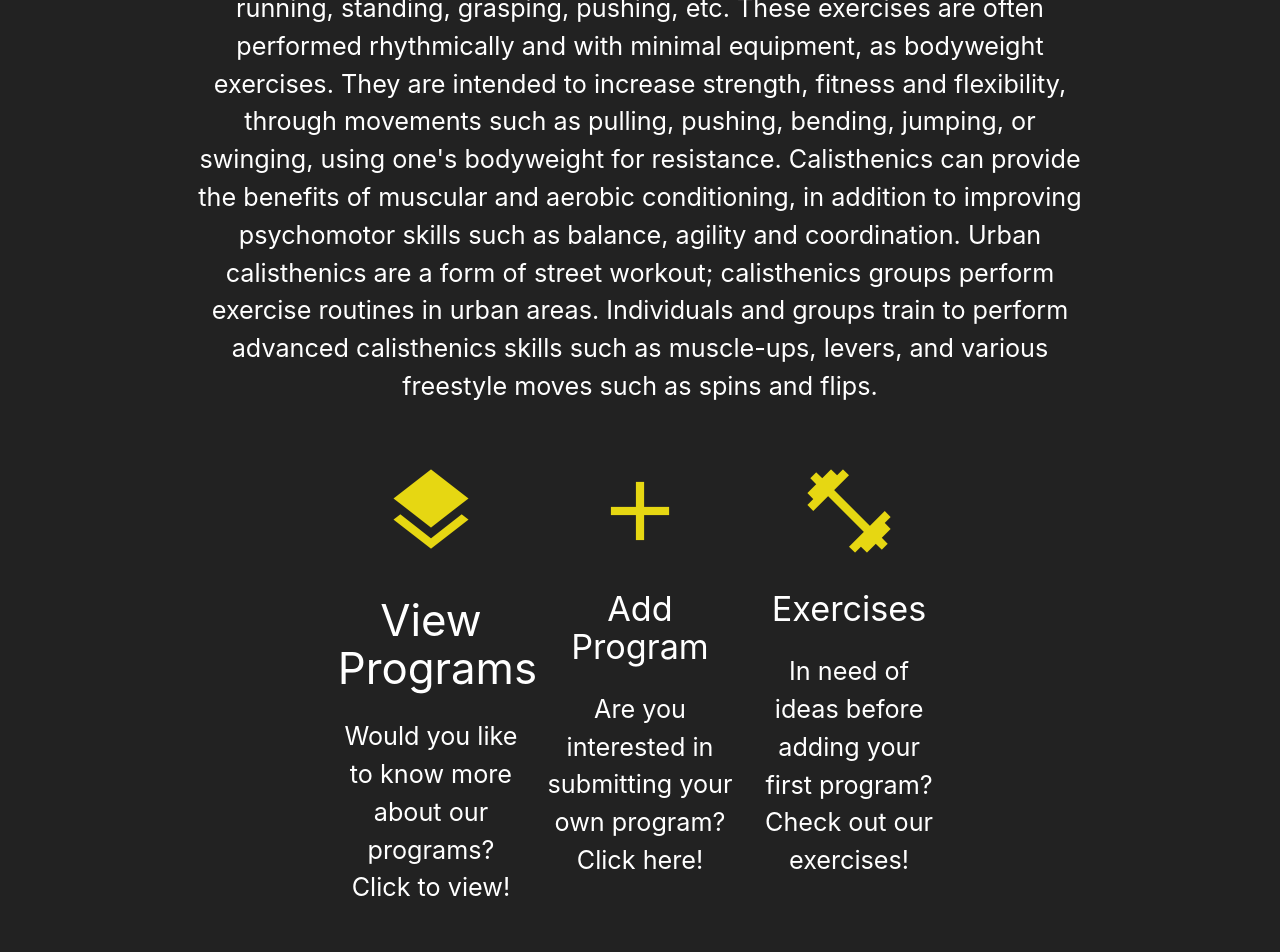
Repository: Ario124/calisthenics-project
Page: http://localhost/
The author's editor kept a record of every edit. The page is drawn from the files as they stood at one moment, then again after the next edit.
The browser window is 1280 px wide. The pictures show the part of the page from y = 1006 to 1958 px (the page is 1958 px tall before and 1931 px after).
The page is served by the project's application, run on Flask 3 (app.py).

Above is the page before.

### templates/index.html
{% extends 'base.html' %}
{% block content %}

     <div class="video-container">
        <iframe src="///www.youtube.com/embed/FHBtLAvNGo4?start=14&end=103&controls=0&showinfo=0&rel=0&autoplay=1&loop=1&playlist=FHBtLAvNGo4&mute=1" frameborder="0" allowfullscreen></iframe>
      </div>


                <div class="container">
                    <div class="col s12 center">
                        <h1 class="center">What is Calisthenics?</h1>

                        <p class="flow-text">
                            Calisthenics is a form of exercise consisting of a variety of movements which exercise large muscle groups
                            (gross motor movements), such as running, standing, grasping, pushing, etc. These exercises are often performed rhythmically
                            and with minimal equipment, as bodyweight exercises.<span class ="hide-on-small-only"> They are intended to increase strength, fitness and flexibility, through
                            movements such as pulling, pushing, bending, jumping, or swinging, using one's bodyweight for resistance. Calisthenics can provide
                            the benefits of muscular and aerobic conditioning, in addition to improving psychomotor skills such as balance, agility and coordination.

                            Urban calisthenics are a form of street workout; calisthenics groups perform exercise routines in urban areas.
                            Individuals and groups train to perform advanced calisthenics skills such as muscle-ups, levers, and various freestyle moves such as spins and flips.</span>

                        </p>

                        <ul class="hide-on-large-only collapsible">
                            <li>
                                <div class="collapsible-header"><i class="material-icons">info_outline</i>Read More</div>
                                <div class="collapsible-body"><span>They are intended to increase strength, fitness and flexibility, through
                            movements such as pulling, pushing, bending, jumping, or swinging, using one's bodyweight for resistance. Calisthenics can provide
                            the benefits of muscular and aerobic conditioning, in addition to improving psychomotor skills such as balance, agility and coordination.

                            Urban calisthenics are a form of street workout; calisthenics groups perform exercise routines in urban areas.
                            Individuals and groups train to perform advanced calisthenics skills such as muscle-ups, levers, and various freestyle moves such as spins and flips.</span></div>
                            </li>
                        </ul>

                       <!--  <div class="row">
                            <div class="">
                                    <i class="icon-size material-icons">arrow_downward</i>
                            </div>

                        </div>

                    </div>

                </div>
              <div class="row contoo">
                    <h2 class="center-align">Training Programs</h2>
                    <h1>TEST</h1>
                    -->
            </div>
        <div class="container">
    <div class="center-align row">

      <div class="col s4">
          <i class="material-icons icon-size icon-color">layers</i>
        <h3>View Programs</h3>
        <p class="flow-text">Would you like to know more about our programs? Click to view!</p>
      </div>
      <div class="col s4">
          <i class="material-icons icon-size icon-color">add</i>
        <h4>Add Program</h4>
        <p class="flow-text">Are you interested in submitting your own program? Click here!</p>
      </div>
      <div class="col s4">
          <i class="material-icons icon-size icon-color">fitness_center</i>
        <h4>Exercises</h4>
        <p class="flow-text">In need of ideas before adding your first program? Check out our exercises!</p>
      </div>

    </div>
        </div>



{% endblock %}

### templates/base.html
<!DOCTYPE html>
<html lang="en">
<head>
    <link href="https://fonts.googleapis.com/icon?family=Material+Icons" rel="stylesheet">
    <link rel="stylesheet" href="https://cdnjs.cloudflare.com/ajax/libs/materialize/1.0.0/css/materialize.min.css">
    <link rel="stylesheet" href="{{url_for('static', filename="css/main.css")}}" type="text/css" />

    <title>Calisthenics Project</title>
    <link rel="icon" href="https://d1ujqdpfgkvqfi.cloudfront.net/favicon-generator/htdocs/favicons/2019-09-19/50f3ab5b7a10e0ae0911c83435938cd6.ico.png">
</head>
<body>
    <header>

        <div class="navbar-fixed">
            <nav>
                <div class="nav-wrapper">
                    <a href="{{url_for('home')}}" class="brand-logo center"><i class="material-icons hoomee">home</i>Calisthenics</a>
                    <a href="#" data-target="mobile-demo" class="sidenav-trigger"><i class="material-icons">menu</i></a>
                    <ul class="right hide-on-med-and-down">
                        <li><a href="{{url_for('get_programs')}}">View Programs</a></li>
                        <li><a href="{{url_for('add_program')}}">Add Program</a></li>
                        <li><a href="{{url_for('exercises')}}">Exercises</a></li>
                        <li><a href="{{url_for('contact')}}">Contact Us</a></li>
                    </ul>
                </div>
            </nav>

            <ul class="sidenav" id="mobile-demo">
                <li><a href="{{url_for('get_programs')}}">View Programs</a></li>
                <li><a href="{{url_for('add_program')}}">Add Program</a></li>
                <li><a href="{{url_for('exercises')}}">Exercises</a></li>
                <li><a href="{{url_for('contact')}}">Contact Us</a></li>
            </ul>
        </div>



    </header>
    {% block content %} {% endblock %}

    <script src="https://cdnjs.cloudflare.com/ajax/libs/jquery/3.4.1/jquery.min.js"></script>
    <script src="https://cdnjs.cloudflare.com/ajax/libs/materialize/1.0.0/js/materialize.min.js"></script>


    <!--- Problem with new Chrome version, seems like the materialize dropdown is not working properly.
              Due to this incident you might have to click twice before being able to select.--->

    <script type="text/javascript">
        M.AutoInit()
    </script>

</body>

</html>

### app.py
import os
from flask import Flask, render_template, redirect, request, url_for
from flask_pymongo import PyMongo
from bson.objectid import ObjectId

app = Flask(__name__)


app.config["MONGO_DBNAME"] = 'calisthenics-project'
app.config["MONGO_URI"] = 'mongodb+srv://root:pasol005@myfirstcluster-qno2b.mongodb.net/calisthenics?retryWrites=true&w=majority'


mongo = PyMongo(app)

@app.route('/')
@app.route('/home')
def home():
    return render_template('index.html')

@app.route('/add_program')
def add_program():
    return render_template('add_program.html', categories =mongo.db.categories.find(), difficulty =mongo.db.difficulty.find())


@app.route('/categories')
def categories():
    return render_template('categories.html')

@app.route('/contact')
def contact():
    return render_template('contact.html')

@app.route('/get_programs')
def get_programs():
    return render_template('programs.html',
        training_programs=mongo.db.training_programs.find(), description =mongo.db.description.find())


@app.route('/insert_program', methods=['POST'])
def insert_program():
    training_programs = mongo.db.training_programs
    training_programs.insert_one(request.form.to_dict())
    return redirect(url_for('get_programs'))

@app.route('/edit_program/<program_id>')
def edit_program(program_id):
    _program = mongo.db.training_programs.find_one({"_id": ObjectId(program_id)})
    _categories = mongo.db.categories.find()
    _difficulty = mongo.db.difficulty.find()
    category_list = [category for category in _categories]
    difficulty_list = [difficult for difficult in _difficulty]
    return render_template('edit_program.html', program = _program, categories = category_list, difficulties = difficulty_list)


@app.route('/update_program/<program_id>', methods=['POST'])
def update_program(program_id):
    training_programs = mongo.db.training_programs
    training_programs.update({'_id': ObjectId(program_id)},
    {
        'category_name':request.form.get('category_name'),
        'difficulty_level':request.form.get('difficulty_level'),
        'program_name':request.form.get('program_name'),
        'exercise':request.form.get('exercise'),
        'exercise2':request.form.get('exercise2'),
        'exercise3':request.form.get('exercise3'),
        'sets_amount':request.form.get('sets_amount'),
        'sets_amount2':request.form.get('sets_amount2'),
        'sets_amount3':request.form.get('sets_amount3'),
        'reps_amount':request.form.get('reps_amount'),
        'reps_amount2':request.form.get('reps_amount2'),
         'reps_amount3':request.form.get('reps_amount3'),
        'equipment_required':request.form.get('equipment_required'),
        'description':request.form.get('description')
    })
    return redirect(url_for('get_programs'))

@app.route('/add_exercise')
def add_exercise():
    return render_template('add_exercise.html')


@app.route('/delete_program/<program_id>')
def delete_program(program_id):
    mongo.db.training_programs.remove({'_id': ObjectId(program_id)})
    return redirect(url_for('get_programs'))


@app.route('/exercises')
def exercises():
    return render_template('exercises.html')

if __name__ == '__main__':
    app.run(host=os.environ.get('IP'),
            port=int(os.environ.get('PORT')),
            debug=True)

### static/css/main.css
nav {
    background-color: #317a90f7;

}

.brand-logo {
    font-size: 40px;
}

.video-container iframe, .video-container object, .video-container embed {
    position: absolute;
    top: 0;
    left: 0;
    width: 100%;
    height: 100%;

}


.circle {
    width: 36%;
}

.video-container {
    bottom: 65px;
    z-index: -4;
}

.collapsible-header {
background-color: transparent;
}

.icon-size {
    font-size: 100px;
    margin-top:30px;
}

.contoo {
    background-color: #212525e8;
    color: orange;
}

.program-header {
    margin-top: 5px;
}

.colored-title {
    color: #e85a13;
}

.icon-color {
    color: #e6d712;
}

.icon-color2 {
    color: #24eabe;
}

.btn-colored {
    background-color: #71c4d8e0;
}

.btn-colored:hover {
    background-color: #3196af;
}

.img-test {
    background-image: url("/static/images/Pushups.jpg");
}

.icon-exercises {
    font-size: 100px;
    margin-top:30px;
    color: #f91d1d;
}

.expert_title {
    margin-bottom: 30px;
    margin-top: 30px;
}
body {
    background-color: #222;
    color: white;
}

nav .brand-logo i, .hoomee {
    font-size: 40px;
}

.select-dropdown {
    color: white;
}

.select-dropdown li.disabled>span {
    color: white;
}

.select-dropdown:focus {
    color:white;
}

input {
    color:white;


}

.container {
    color:white;
}

textarea.materialize-textarea {
    color:white;
}

.dropdown-content {
    background-color: #313131;
}

.dropdown-content li>span {
    color:white;
}

.select-wrapper .caret {
    fill:white
}

.sidenav-overlay {
    opacity: 0 !important;
}

After the next edit:
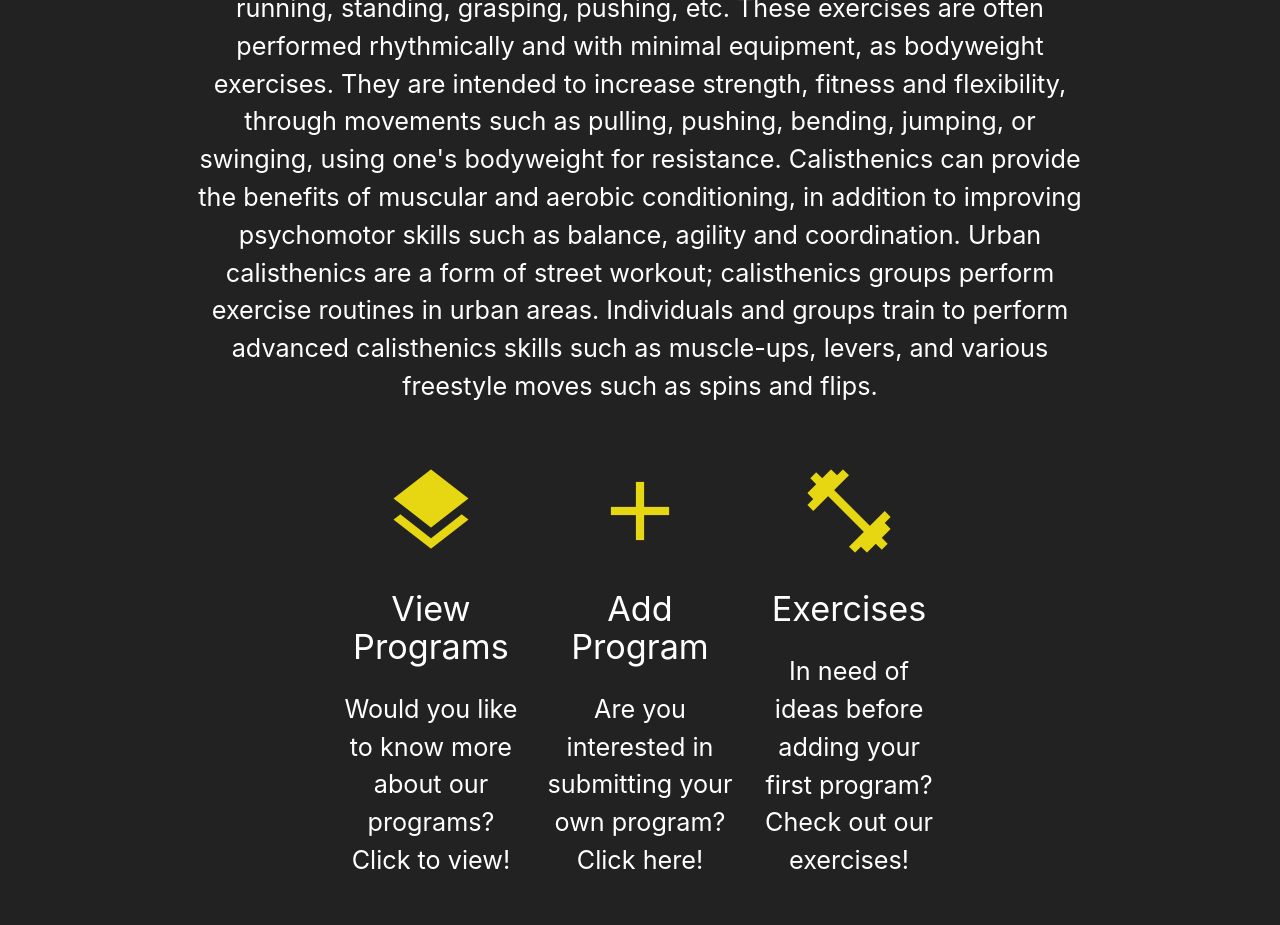
The edit:
--- a/templates/index.html
+++ b/templates/index.html
@@ -54,7 +54,7 @@
 
       <div class="col s4">
           <i class="material-icons icon-size icon-color">layers</i>
-        <h3>View Programs</h3>
+        <h4>View Programs</h4>
         <p class="flow-text">Would you like to know more about our programs? Click to view!</p>
       </div>
       <div class="col s4">
